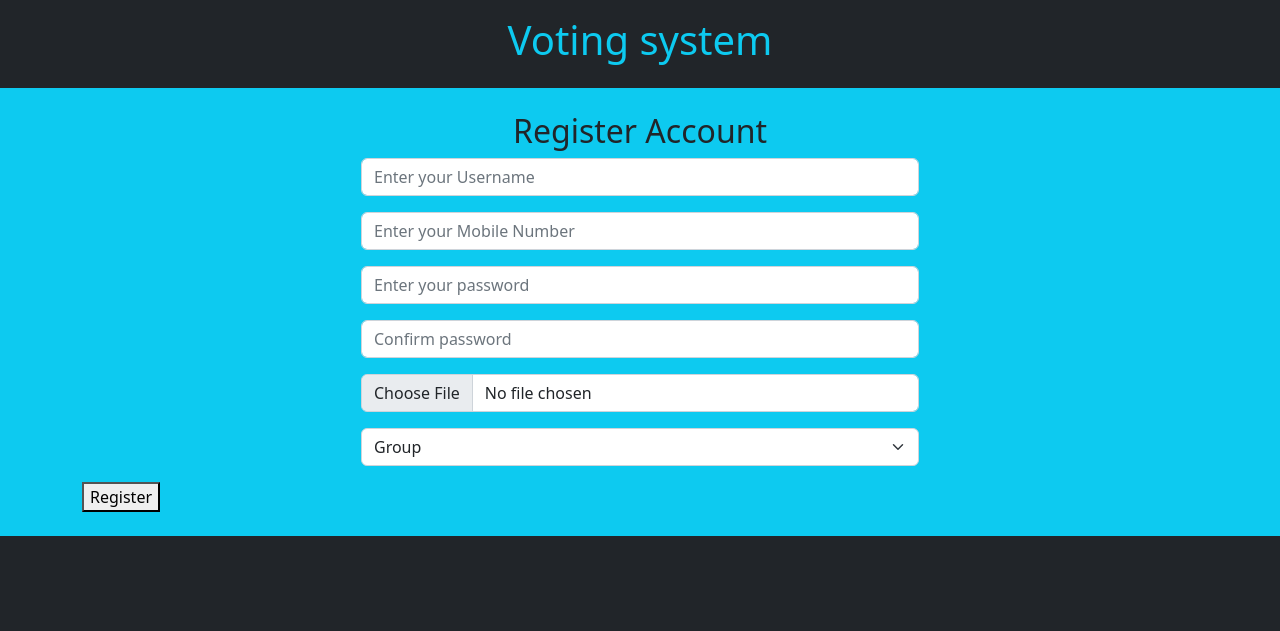
Repository: AvinashLikesToLearnNewStuff/VotingSite
Page: http://localhost/partials/registration.php
These files come from the project's save history. The page is drawn as it stood at one moment and after the next save; the edit follows.
The browser window is 1280 px wide. The pictures show the whole page.
The page is run by PHP 8.4 with error messages shown; the project is at /var/www/html/.

Above is the page before, as saved 2023-03-09 10:35:21.

After the next save:
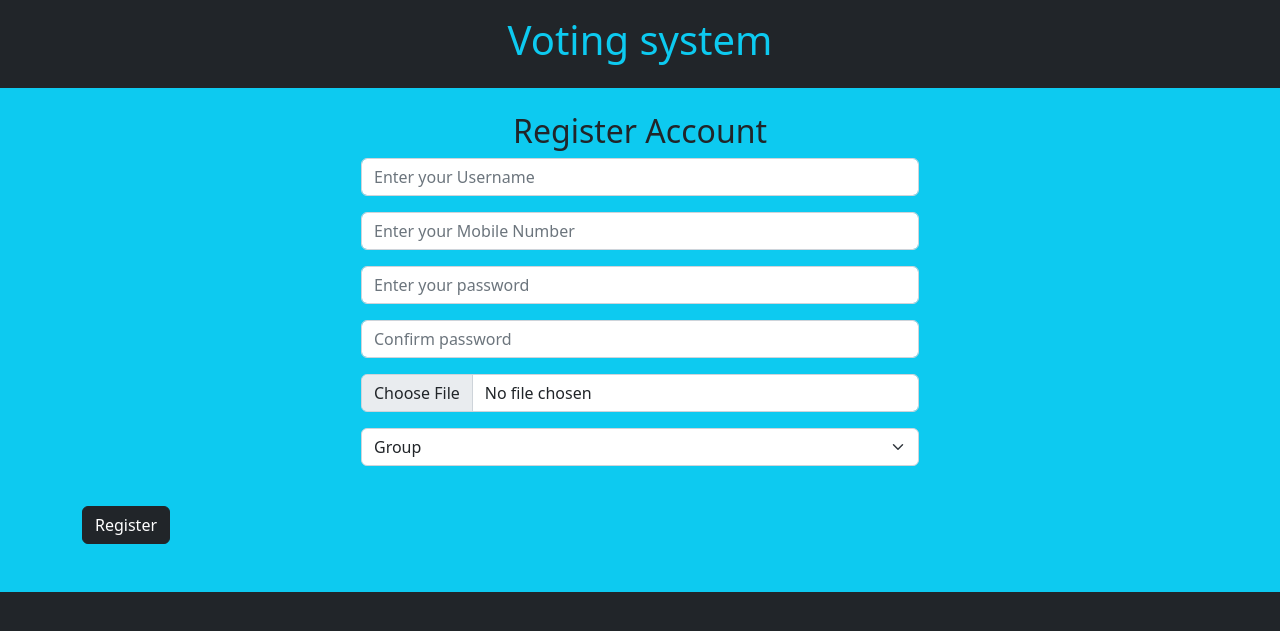
Saved 28 s later.
--- a/partials/registration.php
+++ b/partials/registration.php
@@ -40,7 +40,7 @@
                         <option value="voter">Voter</option>
                     </select>
                 </div>
-                <button>Register</button>
+                <button type="submit" class="btn btn-dark my-4">Register</button>
             </form>
         </div>
 
